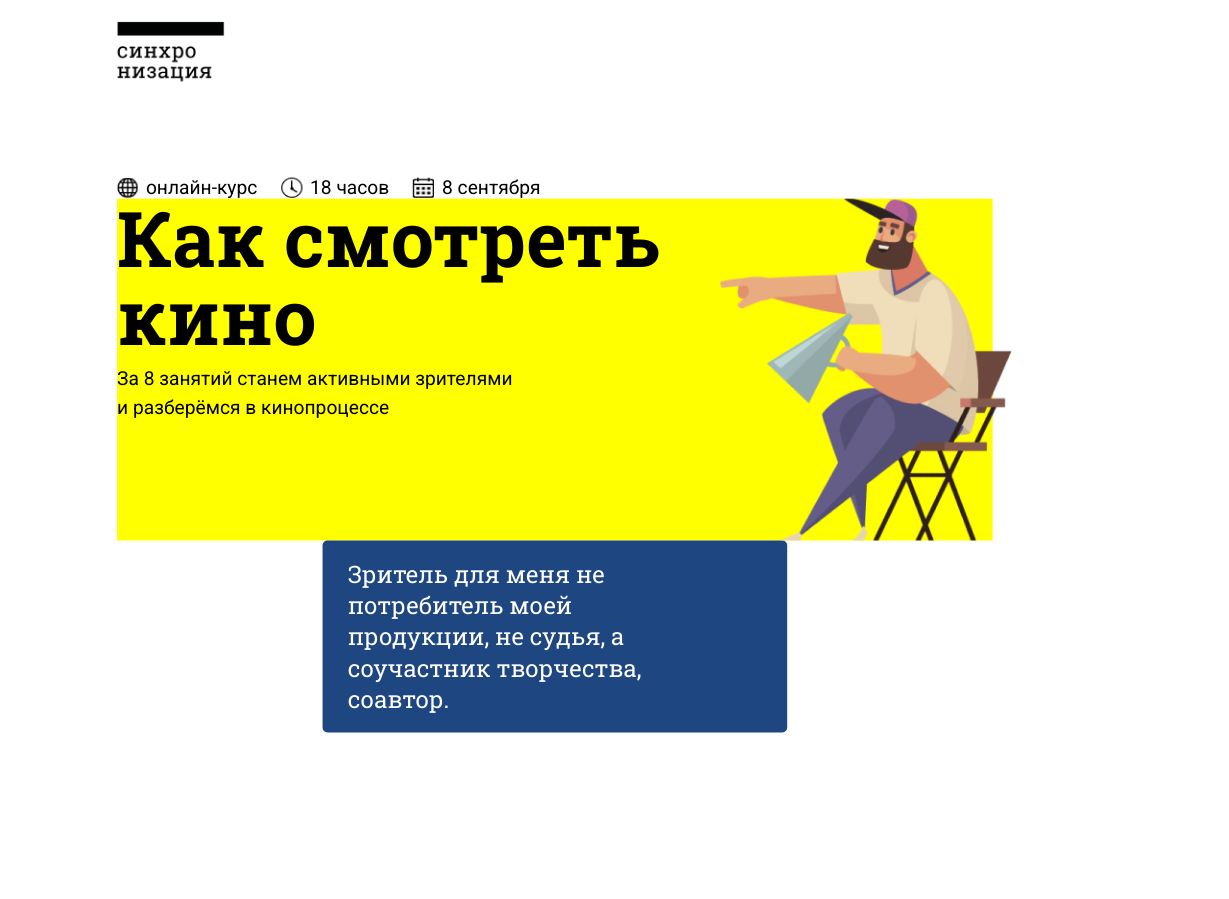
Repository: simralgasimov/task5
Page: index.html
These files come from the project's save history. The page is drawn as it stood at one moment and after a run of saves; the edit follows.
The browser window is 1280 px wide. The pictures show the whole page, at 96% of full size.

Above is the page before, as saved 2023-08-28 13:31:15.

After the next 6 saves:
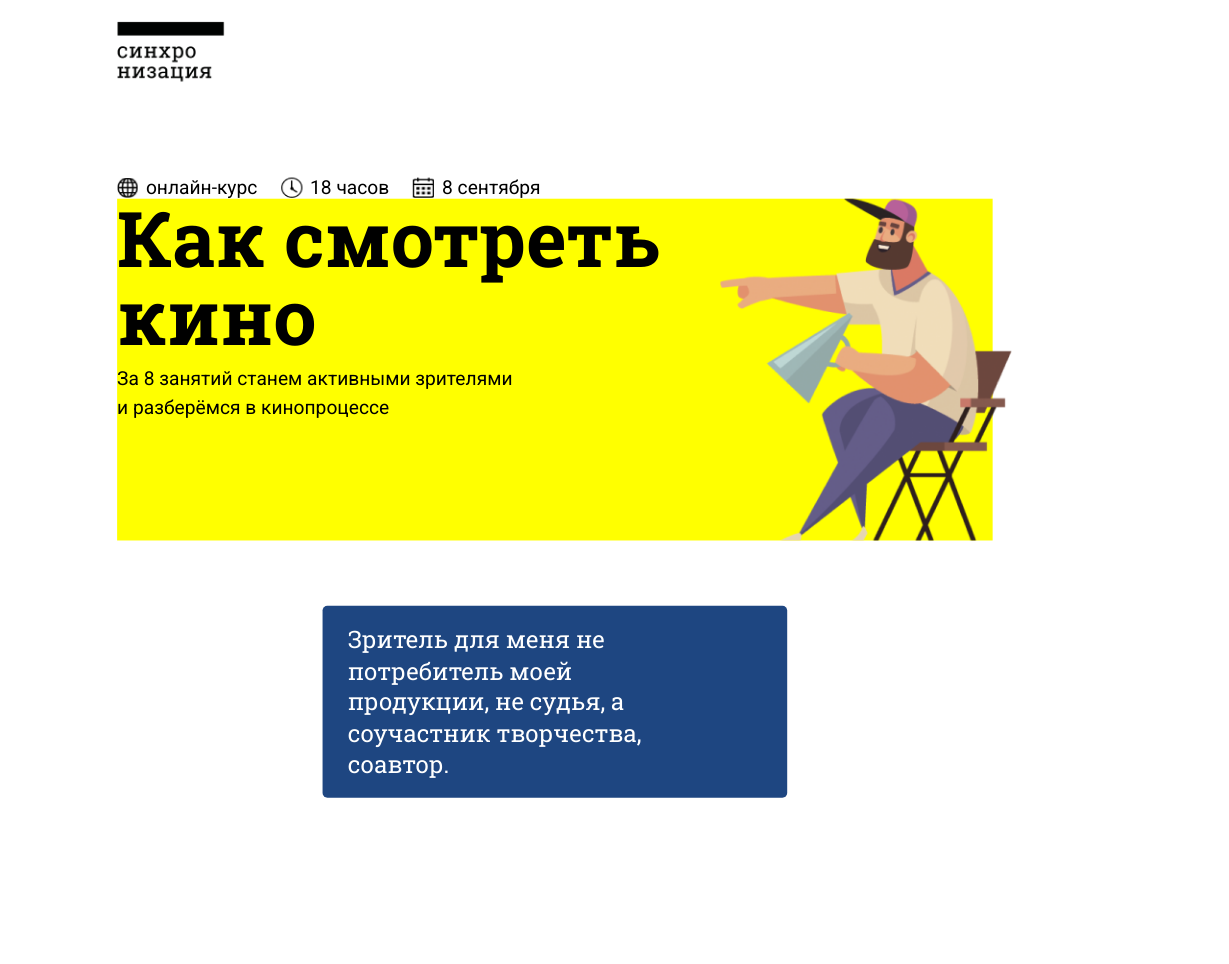
The 6 saves are shown as one change because they came seconds apart.
The last was saved 43 s later.
--- a/index.css
+++ b/index.css
@@ -85,21 +85,9 @@
   height: 356px;
 }
 
-
-
-
-
-
-
-
-
-
-
-
-
-
 .box2 {
   margin: auto;
+  margin-top: 68px;
 
   width: 483.635px;
   height: 200px;

After the 3 saves that followed:
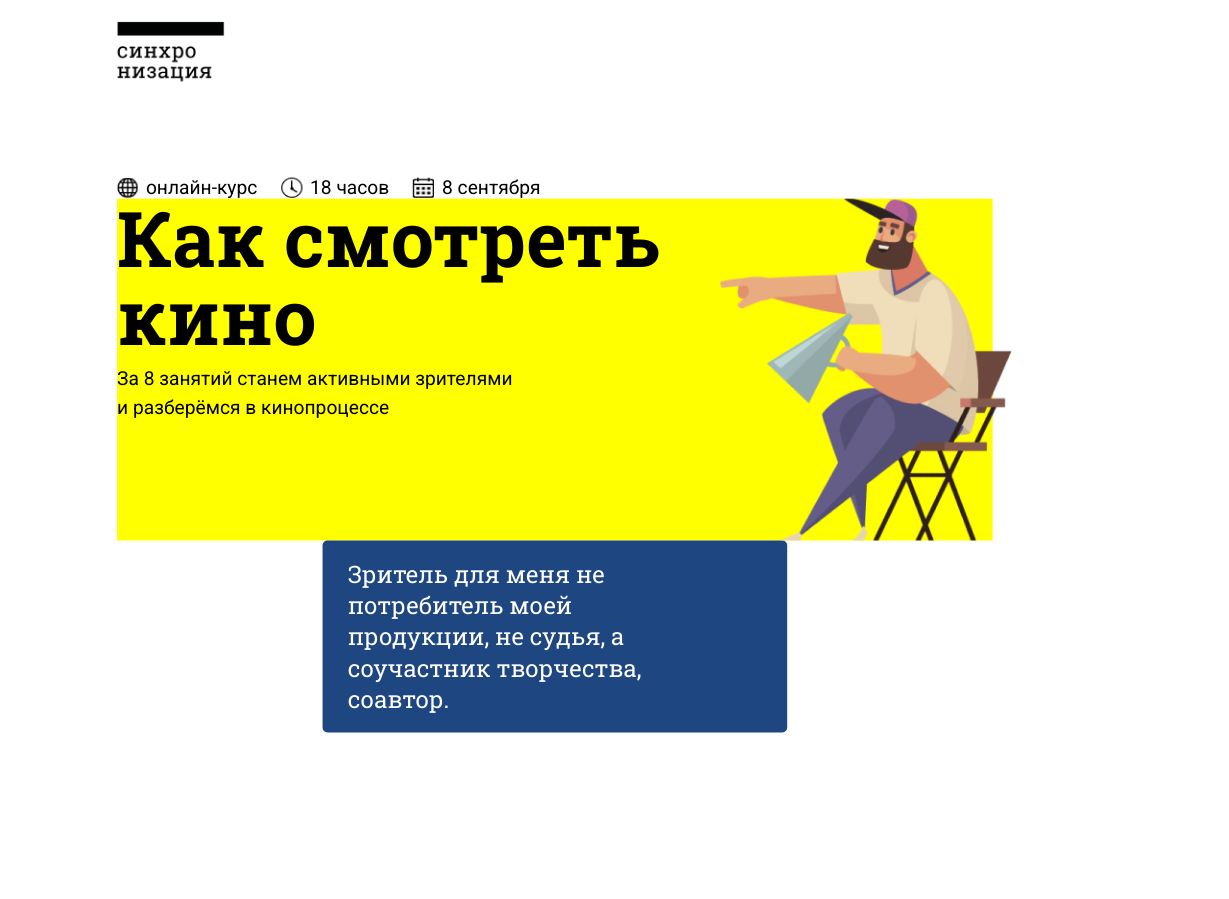
The 3 saves are shown as one change because they came seconds apart.
The last was saved 11 s later.
--- a/index.css
+++ b/index.css
@@ -86,8 +86,9 @@
 }
 
 .box2 {
+  margin-top: 68px;
   margin: auto;
-  margin-top: 68px;
+
 
   width: 483.635px;
   height: 200px;
